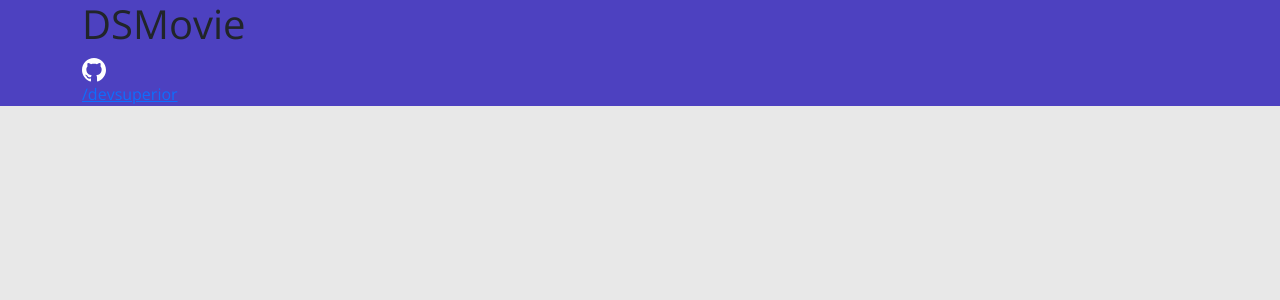
Repository: lcpsantos/dsmovie
Page: / (app in frontend/)
These files come from the project's save history. The page is drawn as it stood at one moment and after the next save; the edit follows.
The browser window is 1280 px wide. The pictures show the whole page.
The project was rebuilt for these pictures with package versions that can differ from the ones it lists, and the page was loaded fresh each time.

Above is the page before, as saved 2022-03-12 21:56:40.

### frontend/src/index.tsx
import React from 'react';
import ReactDOM from 'react-dom';
import './index.css';
import 'bootstrap/dist/css/bootstrap.css';
import App from './App';

ReactDOM.render(
  <React.StrictMode>
    <App />
  </React.StrictMode>,
  document.getElementById('root')
);

### frontend/src/App.tsx
import Navbar from "./components/Navbar";

function App() {
  return (
   <Navbar />
  );
}

export default App;

### frontend/src/components/Navbar/index.tsx
import { ReactComponent as GitHubIcon } from "assets/img/github.svg";
import './styles.css';

function Navbar() {
  return (
    <header>
      <nav className="container">
        <div className="dsmovie-nav-content">
          <h1>DSMovie</h1>
          <a href="https://github.com/lcpsantos">
            <div>
              <GitHubIcon />
              <p>/devsuperior</p>
            </div>
          </a>
        </div>
      </nav>
    </header>
  );
}

export default Navbar;

### frontend/src/components/Navbar/styles.css
header {
  background-color: var(--color-primary);
}

Loaded but not shown: frontend/public/index.html (common file); frontend/src/index.css (common file)

After the next save:
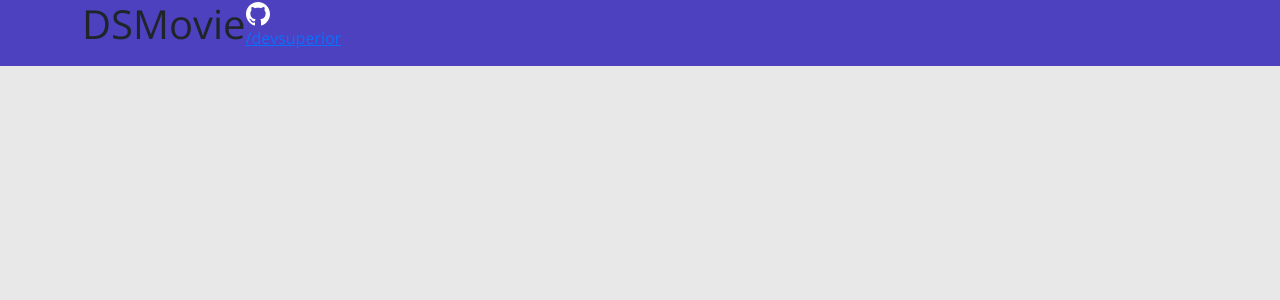
Saved 58 s later.
--- a/frontend/src/components/Navbar/styles.css
+++ b/frontend/src/components/Navbar/styles.css
@@ -1,3 +1,7 @@
 header {
   background-color: var(--color-primary);
 }
+
+.dsmovie-nav-content {
+  display: flex;
+}
